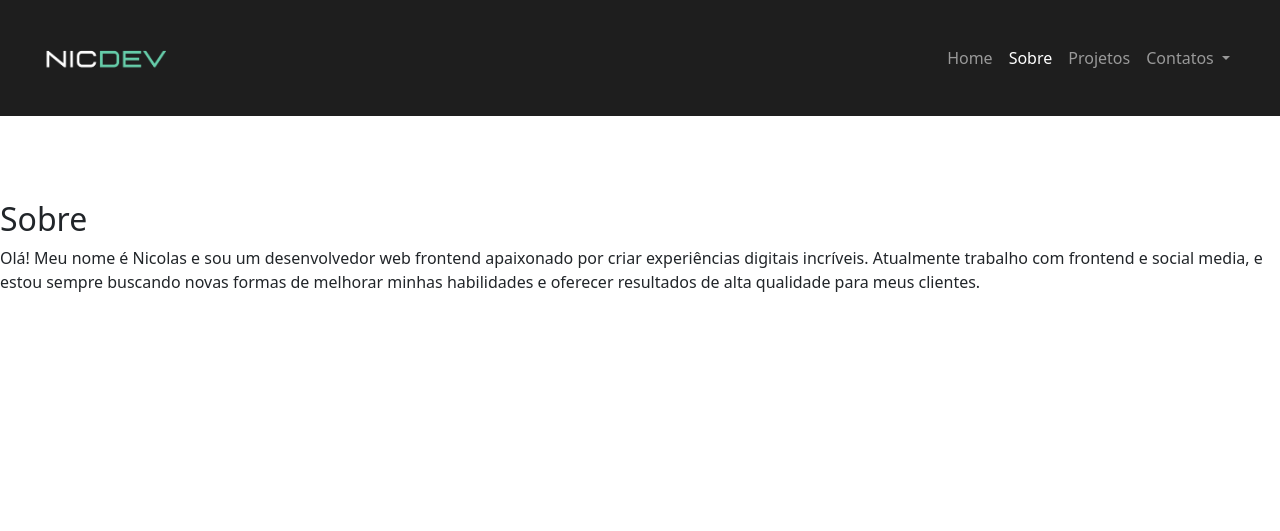
Repository: Leonngc/nicdev
Page: about.html
These files come from the project's save history. The page is drawn as it stood at one moment and after the next save; the edit follows.
The browser window is 1280 px wide. The pictures show the whole page.

Above is the page before, as saved 2023-04-15 13:57:32.

After the next save:
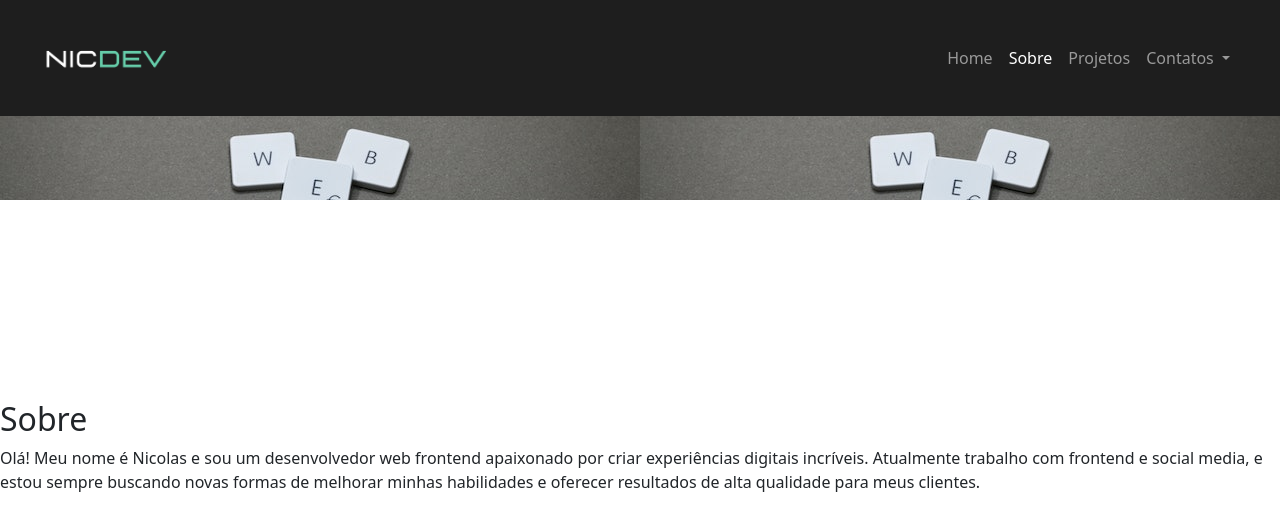
Saved 7 s later.
--- a/about.html
+++ b/about.html
@@ -46,7 +46,7 @@
           </nav>
 </header>
 
-<section class="bacckground"></section>
+<section class="background"></section>
 
 <main>
 
